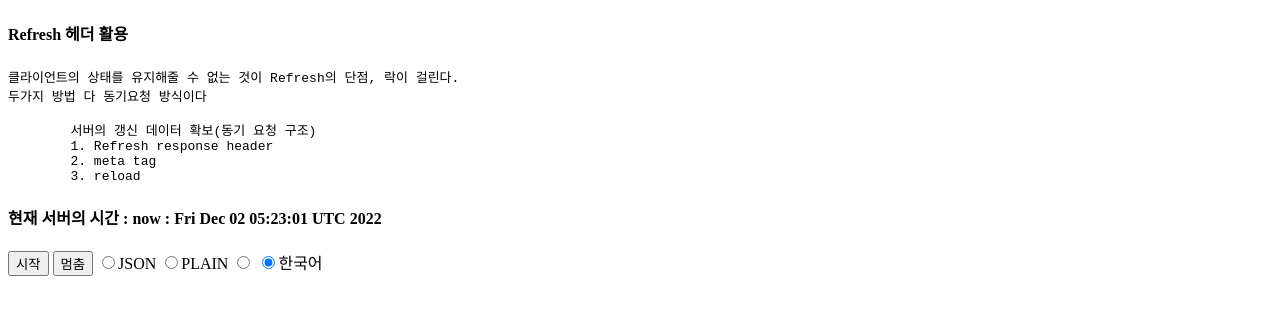
Repository: YOUNARAE/JSP
Page: http://localhost/WebStudy01/05/autoRequest.jsp
The author's editor kept a copy of each file at every save. The page is drawn from the files as they stood at one save, then again after a run of saves.
The browser window is 1280 px wide. The pictures show the whole page.
The page is served by Tomcat 9.

Above is the page before, as saved 2022-12-13 08:28:08.

After the next 2 saves:
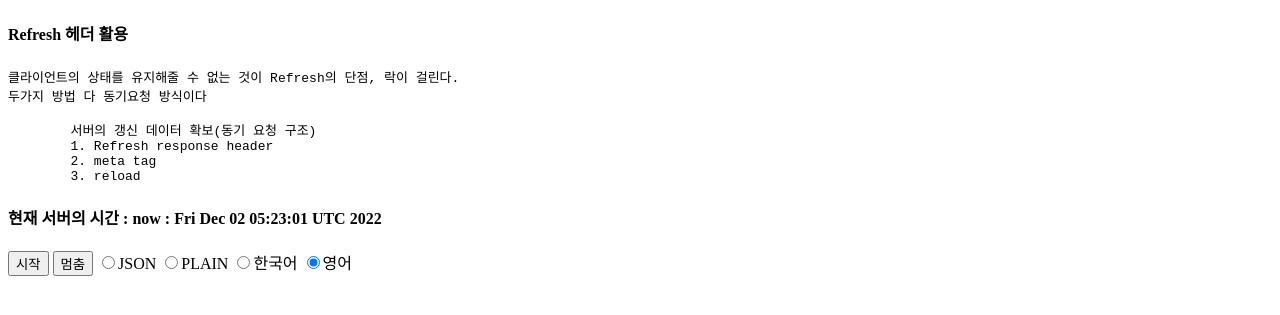
The 2 saves are shown as one change because they came seconds apart.
The last was saved 12 s later.
--- a/WebStudy01/src/main/webapp/05/autoRequest.jsp
+++ b/WebStudy01/src/main/webapp/05/autoRequest.jsp
@@ -27,8 +27,8 @@
 <button class="controlBtn" data-control-type="STOP">멈춤</button>
 <input type="radio" name="dataType" data-data-type="json"/>JSON
 <input type="radio" name="dataType" data-data-type="text"/>PLAIN
-<input type="radio" name="loacle" />
 <input type="radio" name="locale" value="ko" checked/>한국어
+<input type="radio" name="locale" value="en" checked/>영어
 <script>
 // 	setTimeout(() => {
 // 		location.reload();
